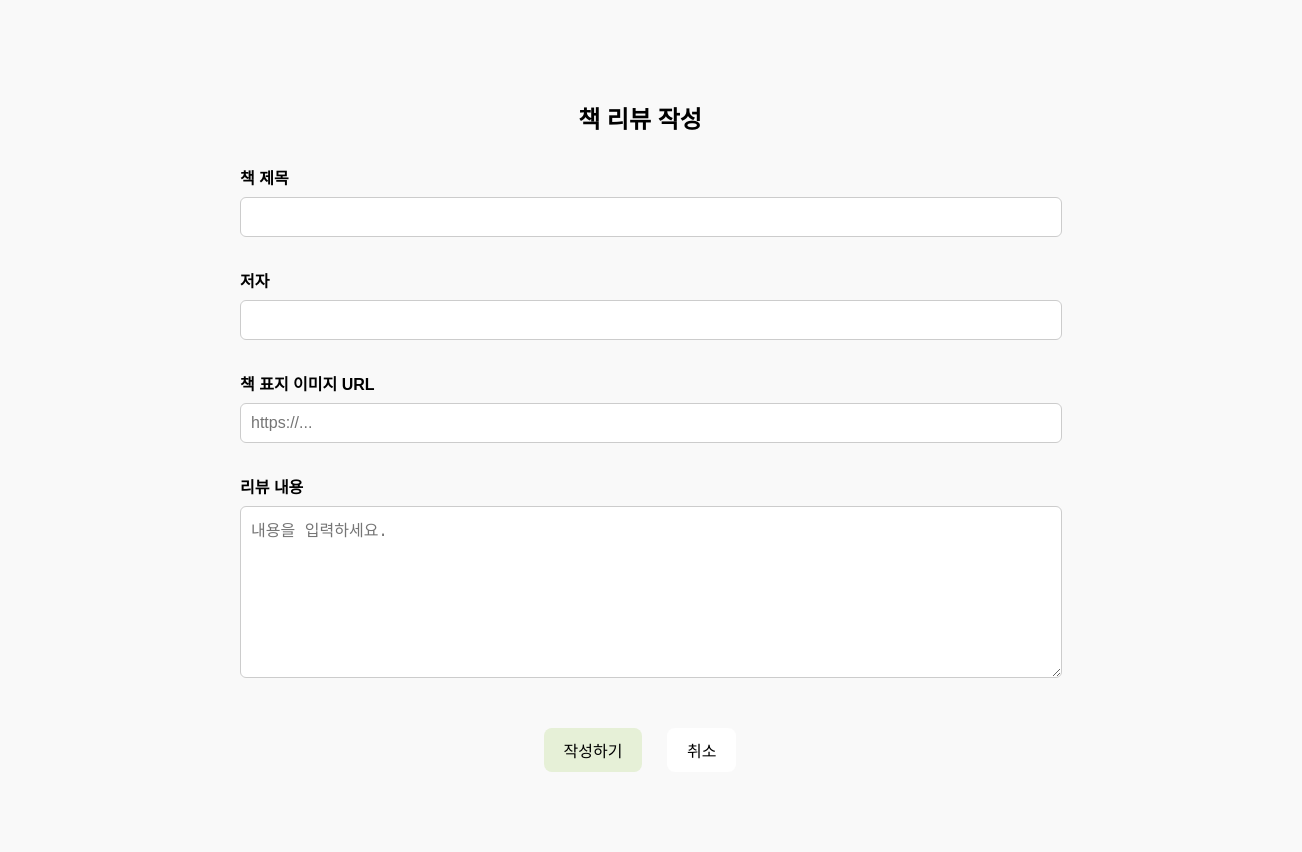
Repository: book-recommendation-team/book_recommendation_web_project
Page: http://localhost/2025_teamproject/reviewForm.jsp
These files come from the project's save history. The page is drawn as it stood at one moment and after the next save; the edit follows.
The browser window is 1280 px wide. The page is 1280 px wide, then 1302 px, so the pictures cover 1302 px, including what lies to the right of the window. The pictures show the whole page.
The page is served by Tomcat 9. Other server files are loaded and not shown.

Above is the page before, as saved 2025-07-02 05:35:57.

### 2025_teamproject/src/main/webapp/reviewForm.jsp
<%@ page contentType="text/html; charset=UTF-8" language="java"%>
<!DOCTYPE html>
<html>
<head>
<title>리뷰 작성</title>
<style>
body {
	font-family: 'Noto Sans KR', sans-serif;
	margin: 40px auto;
	max-width: 800px;
	background-color: #f9f9f9;
	padding: 40px;
}

h2 {
	text-align: center;
	margin-bottom: 30px;
}

label {
	display: block;
	margin-top: 15px;
	font-weight: bold;
}

input[type="text"], textarea {
	width: 100%;
	padding: 10px;
	margin-top: 8px;
	margin-bottom: 16px;
	border: 1px solid #ccc;
	border-radius: 6px;
	font-size: 1rem;
}

textarea {
	height: 150px;
	resize: vertical;
}

.button-group {
	text-align: center;
	margin-top: 30px;
}

.button-group button {
	padding: 10px 20px;
	border: none;
	border-radius: 8px;
	font-size: 1rem;
	cursor: pointer;
	margin: 0 10px;
}

.button-submit {
	background-color: #e6f0d7;
	color: black;
}

.button-cancel {
	background-color: #fff;
	color: black;
}
</style>
</head>
<body>

	<h2>책 리뷰 작성</h2>
	<form action="submitReview" method="post">
		<label for="title">책 제목</label> <input type="text" id="title"
			name="title" required /> <label for="author">저자</label> <input
			type="text" id="author" name="author" required /> <label
			for="coverImageUrl">책 표지 이미지 URL</label> <input type="text"
			id="coverImageUrl" name="coverImageUrl" placeholder="https://..."
			required /> <label for="reviewText">리뷰 내용</label>
		<textarea id="reviewText" name="reviewText" placeholder="내용을 입력하세요."
			required></textarea>

		<div class="button-group">
			<button type="submit" class="button-submit">작성하기</button>
			<button type="button" class="button-cancel" onclick="history.back()">취소</button>
		</div>
	</form>
</body>
</html>

### 2025_teamproject/src/main/webapp/css/main_css.jsp
<%@ page language="java" contentType="text/html; charset=UTF-8"
    pageEncoding="UTF-8"%>
<!DOCTYPE html>
<style>
  /* 기본 스타일 (기존 유지) */
body {
    font-family: 'Arial', sans-serif;
    margin: 0;
    padding: 0;
    background-color: #fff;
}

header {
    display: flex;
    justify-content: space-between;
    align-items: center;
    background-color: #eff7e8;
    padding: 0px;
}

#logo img {
    width: 200px;
    height: auto;
    margin-left: 150px;
}

#logo a img {
    cursor: pointer;
}

#search-box {
    padding: 12px;
    width: 500px;
    border: 1px solid #ccc;
    position: absolute;
    left: 50%;
    transform: translateX(-50%);
}

.search-group {
    position: absolute;
    left: 50%;
    transform: translateX(-50%);
    display: flex;
    align-items: center;
}

#search-btn {
    background-color: #e6f0d7;
    border: none;
    padding: 10px 16px;
    margin-left: 8px;
    font-weight: bold;
    cursor: pointer;
    border-radius: 4px;
}

#search-btn:hover {
    background-color: #cce0b8;
}

#logout-btn,
#user-buttons button {
    background-color: #e6f0d7;
    border: none;
    padding: 10px 16px;
    cursor: pointer;
    width: 90px;
    font-weight: bold;
}

nav {
    background-color: #e6f0d7;
    text-align: center;
    padding: 15px 0;
}

nav a {
    text-decoration: none;
    margin: 0 40px;
    color: #000;
    font-weight: bold;
}

nav a:hover {
    text-decoration: underline;
}

#user-buttons {
    display: flex;
    gap: 10px;
    margin-right: 150px;
}

.banner {
    position: relative;
    width: 100%;
    height: 650px;
    overflow: hidden;
    background-color: #ffe04d;
}

.banner img {
    position: absolute;
    top: 0;
    left: 0;
    width: 100%;
    height: 100%;
    object-fit: cover;
    object-position: center center;
    opacity: 0.8;
    z-index: 1;
}

.banner-controls {
    position: absolute;
    bottom: 10px;
    right: 10px;
    z-index: 3;
    display: flex;
    gap: 6px;
}

.banner-controls button {
    background-color: rgba(255, 193, 7, 0.9);
    border: none;
    padding: 6px 8px;
    font-size: 14px;
    border-radius: 5px;
    cursor: pointer;
    color: #000;
    transition: background-color 0.3s ease;
}

.banner-controls button:hover {
    background-color: rgba(255, 160, 0, 0.95);
}

.section-title {
    background-color: #e6f0d7;
    display: flex;
    justify-content: center;
    flex-wrap: wrap;
    gap: 34px;
    padding: 18px 0;
     width: 100%;        /* ✅ 추가 */
    margin: 8px 0;      /* ✅ 가운데 정렬 제거 */
}

.section-title a {
    text-decoration: none;
    margin: 0 20px;
    color: #000;
    font-weight: bold;
}

.section-title a:hover {
    text-decoration: underline;
}

.main_list {
    padding: 20px;
    text-align: center;
}

.tag-list {
    display: flex;
    justify-content: center;
    flex-wrap: wrap;
    gap: 12px;
    margin: 20px 0;
}

.tag-button {
    background-color: #e6f0d7; /* 기본 연그린 */
    border: 1px solid transparent;
    padding: 8px 16px;
    border-radius: 20px;
    font-size: 14px;
    color: #446b3c; /* 그린 계열 텍스트 */
    cursor: pointer;
    font-weight: 600;
    transition: background-color 0.3s, color 0.3s, border 0.3s;
    outline: none;
}

.tag-button:hover {
    background-color: #d0e6c5;             /* hover 시 약간 더 진한 그린 */
    color: #2e4f25;
}

.tag-button.active {
    background-color: #c0dab0;             /* 클릭됐을 때 조금 더 강조 */
    border: 1px solid #8cb78a;             /* 테두리도 자연스러운 초록 */
    color: #2e4f25;                        /* 글자도 어울리는 진한 그린 */
}

.tag-button:focus {
    outline: none;
    box-shadow: none;
}

/* 책 슬라이더 스타일 */
.book-carousel {
    position: relative;
    max-width: 1000px;
    margin: 0 auto 40px auto;
    overflow: hidden;
}

.carousel-window {
    width: 1000px;
    overflow: hidden;
    margin: 0 auto;
}

.carousel-track {
    display: flex;
    transition: transform 0.5s ease;
}

/* 이전/다음 버튼 - 위치 고정, 색상 조정 */
.carousel-btn {
    position: absolute;
    top: 50%;
    transform: translateY(-50%);
    font-size: 26px;
    background-color: #f3f8ef;
    border: none;
    color: #444;
    cursor: pointer;
    padding: 8px 12px;
    border-radius: 50%;
    z-index: 2;
    display: flex;
    align-items: center;
    justify-content: center;
    transition: background-color 0.3s, color 0.3s;
    user-select: none;
}

.carousel-btn:hover {
    background-color: #c8dfb5;
    color: #000;
}

.carousel-btn.prev {
    left: 10px;
}

.carousel-btn.next {
    right: 10px;
}

.book-item {
    flex: 0 0 25%;
    text-align: center;
    padding: 10px;
    box-sizing: border-box;
}

.book-item img {
    width: 180px;
    height: 260px;
    object-fit: cover;
    border-radius: 6px;
}

.book-info {
    margin-top: 8px;
}

.book-title {
    font-size: 14px;
    font-weight: bold;
    margin-top: 10px;
    color: #444;
}

.book-author {
    font-size: 12px;
    color: #666;
}

footer {
    background-color: #eff7e8;
    color: #333;
    padding: 20px 0;
    text-align: center;
    font-size: 14px;
    border-top: 1px solid #ccc;
    margin-top: 60px;
}

.footer-container {
    max-width: 1000px;
    margin: 0 auto;
}

.footer-links a {
    color: #333;
    text-decoration: none;
    margin: 0 8px;
}

.footer-links a:hover {
    text-decoration: underline;
}

 /* 이전/다음 버튼 스타일 */
#carousel-prev-btn, #carousel-next-btn {
    font-size: 18px;
    padding: 5px 12px;
    margin: 10px 5px 20px 5px;
    cursor: pointer;
    border: 1px solid #446b3c;
    background: white;
    color: #446b3c;
    border-radius: 4px;
}
#carousel-prev-btn:hover, #carousel-next-btn:hover {
    background-color: #446b3c;
    color: white;
}
</style>

### 2025_teamproject/src/main/webapp/css/celebList.css
@charset "UTF-8";

body {
	font-family: 'Arial', sans-serif;
	margin: 0;
	padding : 0;
	background-color: #fff;
	padding: 0;
}

.container {
	max-width: 1200px;
	margin: 30px auto;
}

.grid {
	display: grid;
	grid-template-columns: repeat(auto-fill, minmax(220px, 1fr));
	gap: 30px;
}

.card {
	margin-top: 20px;
	position: relative;
	background-color: #fff;
	border-radius: 5px;
	overflow: hidden;
	box-shadow: 0 4px 10px rgba(0, 0, 0, 0.08);
	transition: transform 0.2s ease;
	text-decoration: none;
	color: #000;
}

.card:hover {
	transform: translateY(-2px);
}

.card img {
	width: 100%;
	height: 260px;
	object-fit: cover;
}

.card-content {
	padding: 12px 14px;
}

.card-title {
	font-size: 1rem;
	font-weight: bold;
	margin-bottom: 5px;
}

.card-desc {
	font-size: 0.875rem;
	color: #555;
	line-height: 1.4;
	height: 2.6em;
	overflow: hidden;
	text-overflow: ellipsis;
}

/* 북마크 아이콘 */
.bookmark-icon {
	position: absolute;
	top: 12px;
	right: 12px;
	font-size: 1.2rem;
	color: rgba(255, 255, 255, 0.5);
	padding: 6px;
	border-radius: 50%;
	transition: color 0.2s ease;
}

.bookmark-icon:hover {
	color: #fff;
}

#topBtn {
	position: fixed;
	bottom: 40px;
	right: 40px;
	z-index: 9999;
	background-color: white;
	color: gray;
	border: none;
	border-radius: 50%;
	padding: 16px 18px;
	cursor: pointer;
	box-shadow: 0 8px 8px rgba(0,0,0,0.4);
	font-size: 1.5rem;
}

After the next save:
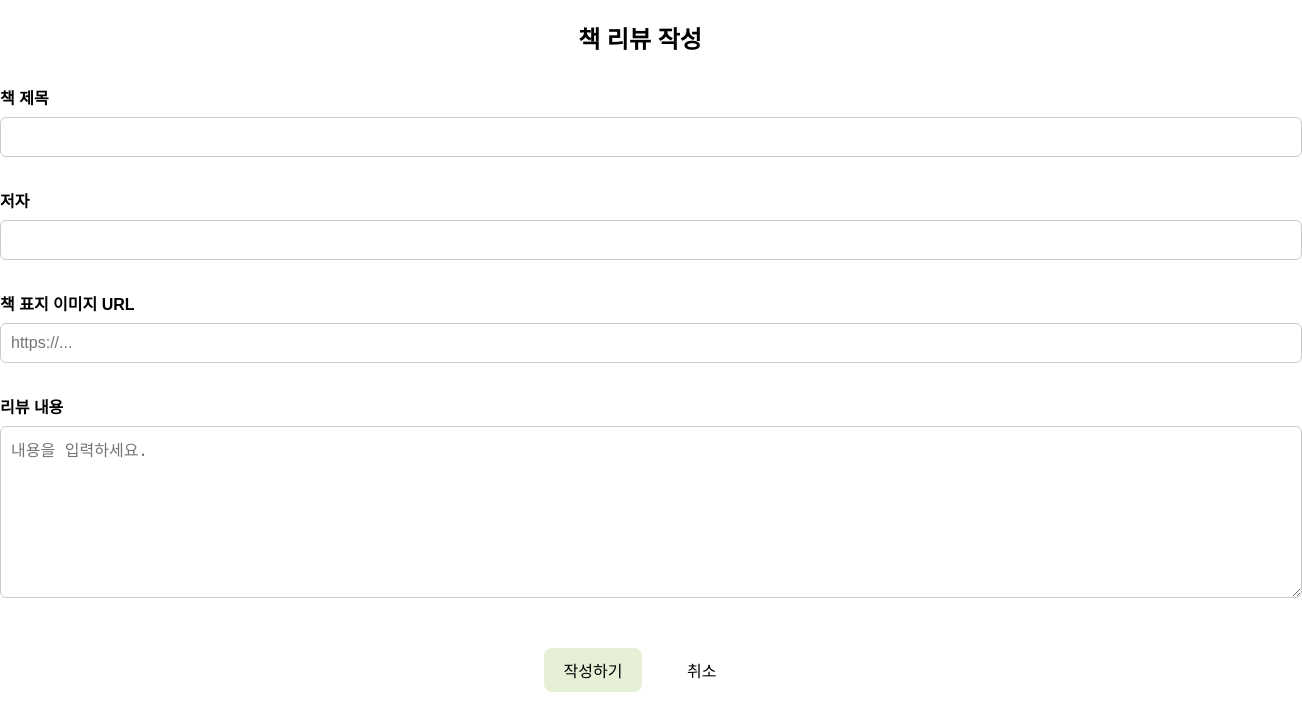
Saved 19 s later.
--- a/2025_teamproject/src/main/webapp/reviewForm.jsp
+++ b/2025_teamproject/src/main/webapp/reviewForm.jsp
@@ -1,15 +1,25 @@
 <%@ page contentType="text/html; charset=UTF-8" language="java"%>
 <!DOCTYPE html>
 <html>
+<link rel="stylesheet"
+	href="https://cdnjs.cloudflare.com/ajax/libs/font-awesome/6.5.0/css/all.min.css" />
+<link rel="stylesheet" href="./css/celebList.css" />
+<%@ include file="css/main_css.jsp"%>
+<link rel="icon" href="img/icon2.png" type="image/x-icon">
 <head>
 <title>리뷰 작성</title>
 <style>
 body {
-	font-family: 'Noto Sans KR', sans-serif;
-	margin: 40px auto;
-	max-width: 800px;
-	background-color: #f9f9f9;
-	padding: 40px;
+	font-family: 'Arial', sans-serif;
+	margin: 0;
+	padding: 0;
+	background-color: #fff;
+	padding: 0;
+}
+
+.container {
+	max-width: 1000px;
+	margin: 30px auto;
 }
 
 h2 {
